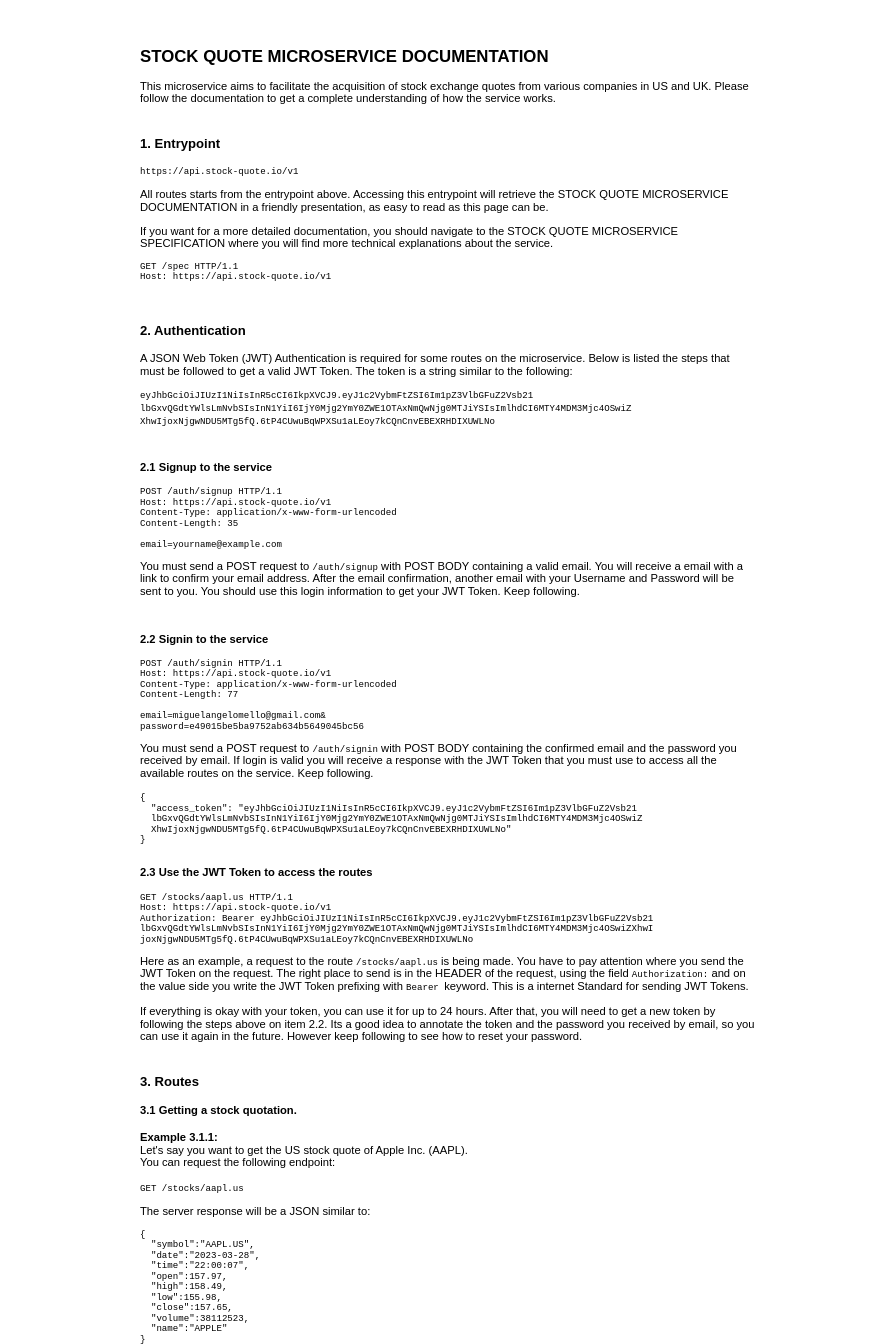
Repository: miguelamello/nest-js
Page: stock-service/documentation.html
The author's editor kept a copy of each file at every save. The page is drawn from the files as they stood at one save, then again after a run of saves.
The browser window is 1280 px wide. The pictures show the part of the page from y = 0 to 1920 px (the page is 3364 px tall), at 70% of full size.

Above is the page before, as saved 2023-04-02 20:44:43.

After the next 2 saves:
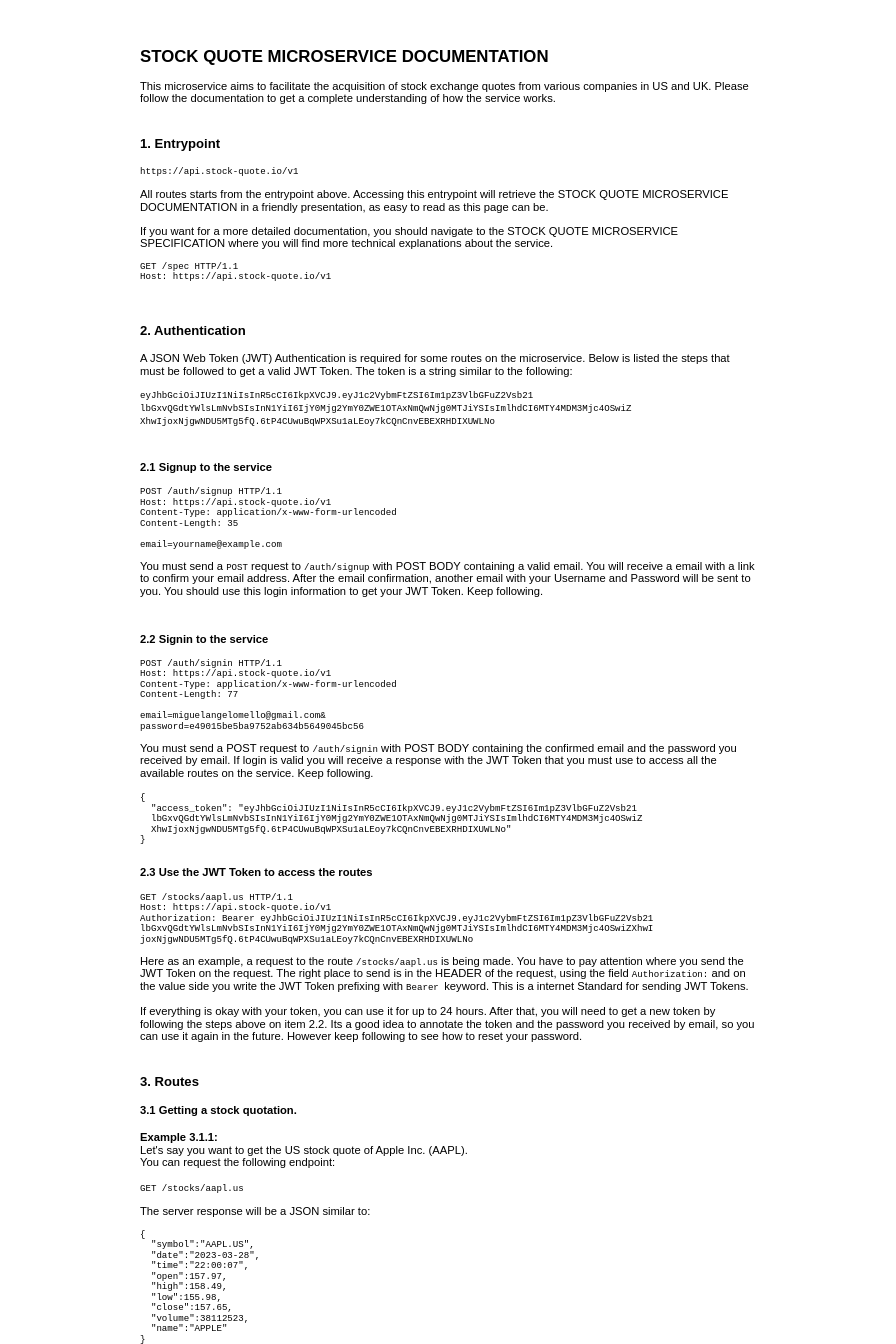
The 2 saves are shown as one change because they came seconds apart.
The last was saved 7 s later.
--- a/stock-service/documentation.html
+++ b/stock-service/documentation.html
@@ -67,7 +67,7 @@ Content-Length: 35
 email=yourname@example.com
     </pre>
 
-    <div>You must send a POST request to <code>/auth/signup</code> with POST BODY containing a valid email.
+    <div>You must send a <code>POST</code> request to <code>/auth/signup</code> with POST BODY containing a valid email.
       You will receive a email with a link to confirm your email address. After the email confirmation,
       another email with your Username and Password will be sent to you. You should use this login
       information to get your JWT Token. Keep following.</div>
